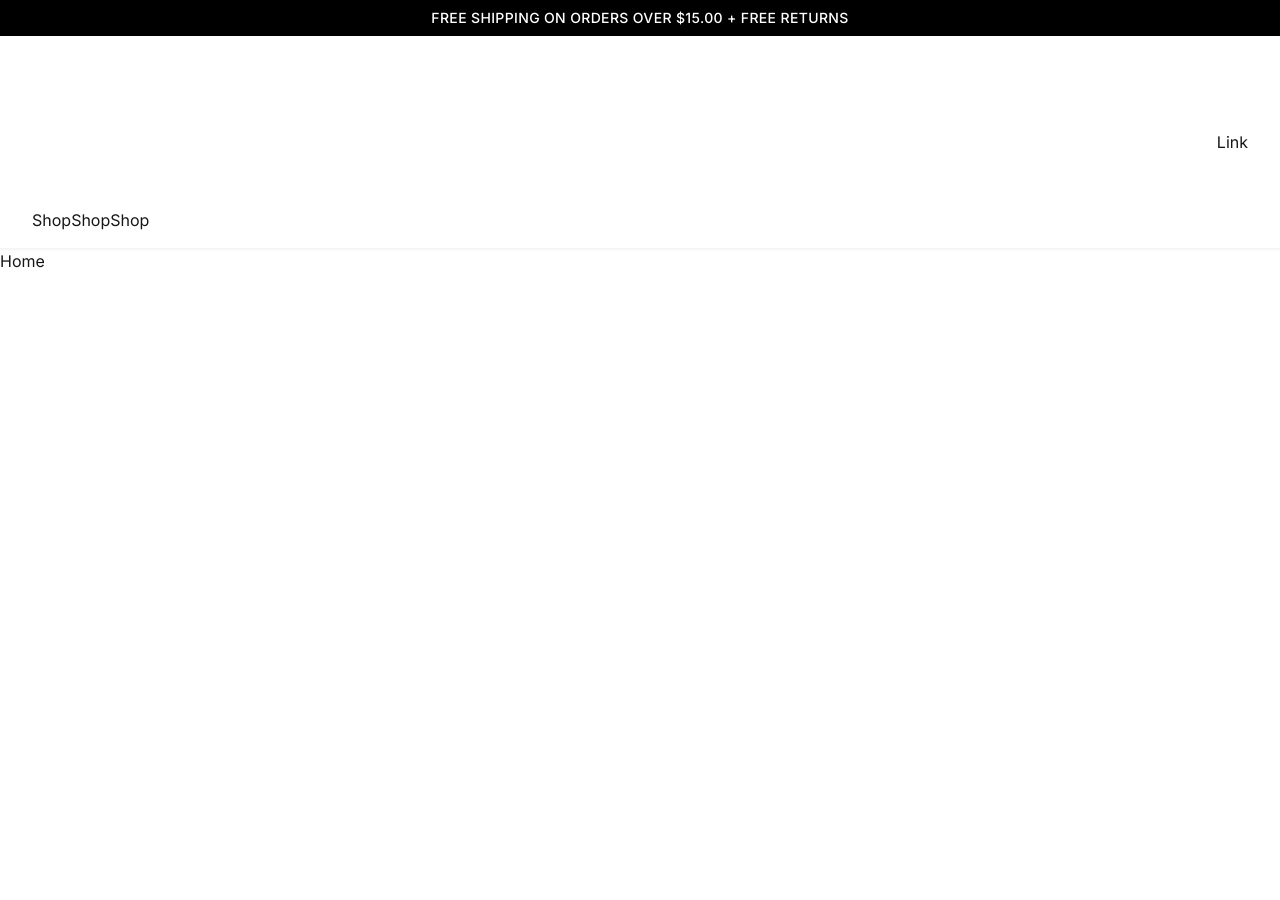
Repository: DiwanMalla/TEMU_CLONE
Page: /
An editor plug-in stored every save of this project. The page is shown before and after the next save, followed by the edit.
The browser window is 1280 px wide. The pictures show the whole page.
The project was rebuilt for these pictures with package versions that can differ from the ones it lists, and the page was loaded fresh each time. The framework's server and built-in components were replaced by stand-ins that run in the browser. Also part of the build but not shown: next.config.ts.

Above is the page before, as saved 2025-01-20 22:25:48.

### app/layout.tsx
import type { Metadata } from "next";
import "./globals.css";
import { Inter } from "next/font/google";
import Header from "@/components/layout/Header";

const inter = Inter({ subsets: ["latin"] });
export const metadata: Metadata = {
  title: "Create Next App",
  description: "Generated by create next app",
};

export default function RootLayout({
  children,
}: Readonly<{
  children: React.ReactNode;
}>) {
  return (
    <html lang="en">
      <body className={`${inter.className} antialiased  min-h-[125vh]`}>
        <Header />
        {children}
      </body>
    </html>
  );
}

### app/page.tsx
import Header from "@/components/layout/Header";

const page = () => {
  return <div>Home</div>;
};

export default page;

### components/layout/Header.tsx
"use client";
import Link from "next/link";
import { useEffect, useState } from "react";

const AnnounecementBar = () => {
  return (
    <div className="w-full bg-black py-2">
      <div className="container mx-auto flex items-center justify-center px-3">
        <span className="text-center text-sm font-medium tracking-wide text-white">
          FREE SHIPPING ON ORDERS OVER $15.00 + FREE RETURNS
        </span>
      </div>
    </div>
  );
};
const Header = () => {
  const [isOpen, setIsOpen] = useState(false);
  const [prevScrollY, setPrevScrollY] = useState<number>(0);
  useEffect(() => {
    const handleScroll = () => {
      const currentScrollY = window.scrollY;
      const scrolledUp = currentScrollY < prevScrollY;
      if (scrolledUp) {
        setIsOpen(true);
      } else if (currentScrollY > 100) {
        setIsOpen(false);
      }
      setPrevScrollY(currentScrollY);
    };
    setPrevScrollY(window.scrollY);
    window.addEventListener("scroll", handleScroll);
    return () => {
      window.removeEventListener("scroll", handleScroll);
    };
  }, [prevScrollY]);
  return (
    <header className="w-full sticky top-0 z-50">
      <div
        className={`w-full transform transition-transform duration-300 ease-in-out ${
          isOpen ? `translate-y-0` : "-translate-y-full"
        }`}
      >
        <AnnounecementBar />
        <div className="w-full flex justify-between items-center py-3 sm:py-4 bg-white/80 shadow-sm border-b border-gray-100 backdrop-blur-sm">
          <div className="flex justify-between items-center container mx-auto px-8">
            <div>
              <button>
                <svg xmlns="http://www.w3.org/2000/svg">
                  <path />
                </svg>
              </button>
              <nav>
                <Link href="#">Shop</Link>
                <Link href="#">Shop</Link>
                <Link href="#">Shop</Link>
              </nav>
            </div>
            <Link href="#">Link</Link>
          </div>
        </div>
      </div>
    </header>
  );
};

export default Header;

Loaded but not shown: app/globals.css (common file); tailwind.config.ts (common file)

After the next save:
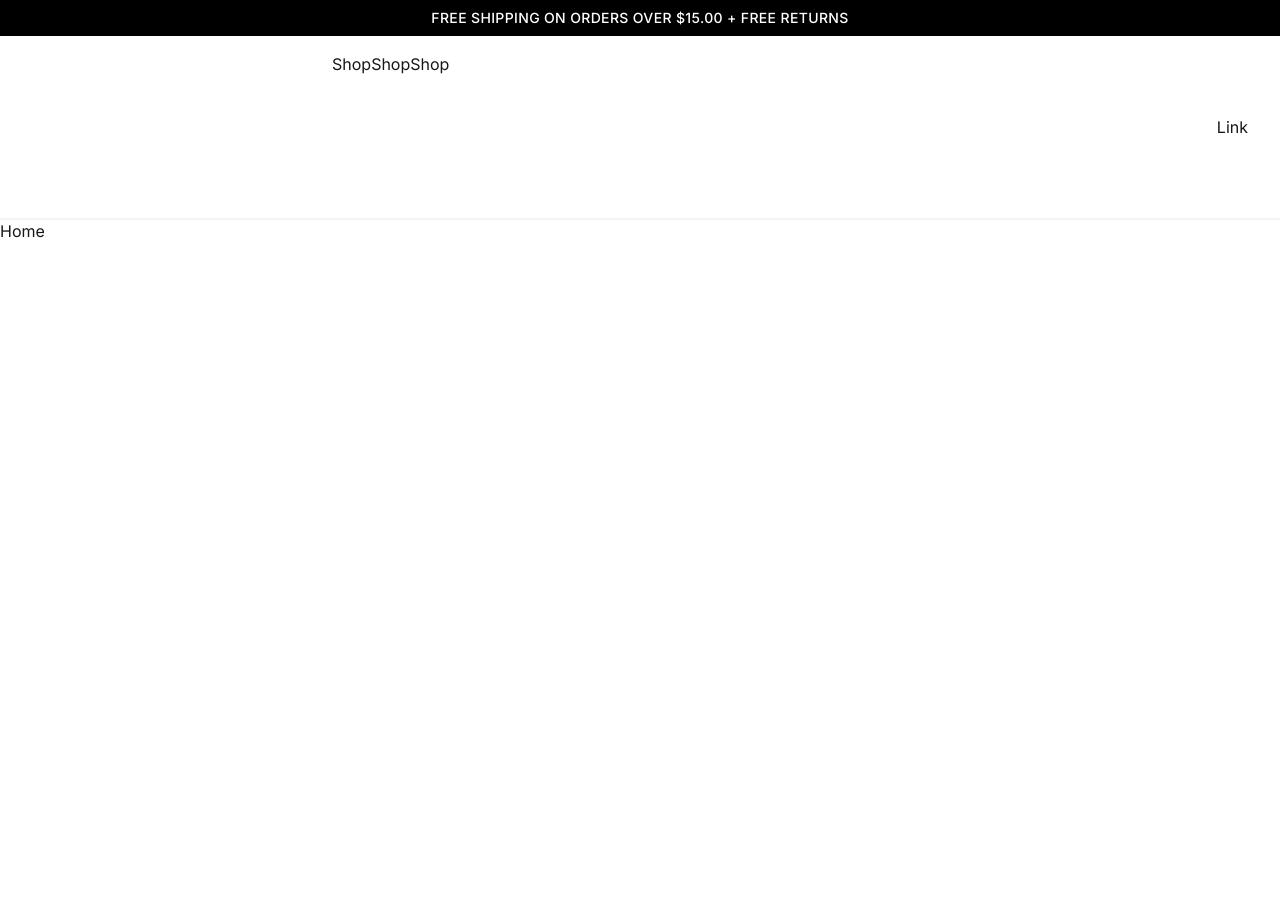
Saved 22 s later.
--- a/components/layout/Header.tsx
+++ b/components/layout/Header.tsx
@@ -43,7 +43,7 @@ const Header = () => {
         <AnnounecementBar />
         <div className="w-full flex justify-between items-center py-3 sm:py-4 bg-white/80 shadow-sm border-b border-gray-100 backdrop-blur-sm">
           <div className="flex justify-between items-center container mx-auto px-8">
-            <div>
+            <div className="flex flex-1">
               <button>
                 <svg xmlns="http://www.w3.org/2000/svg">
                   <path />
